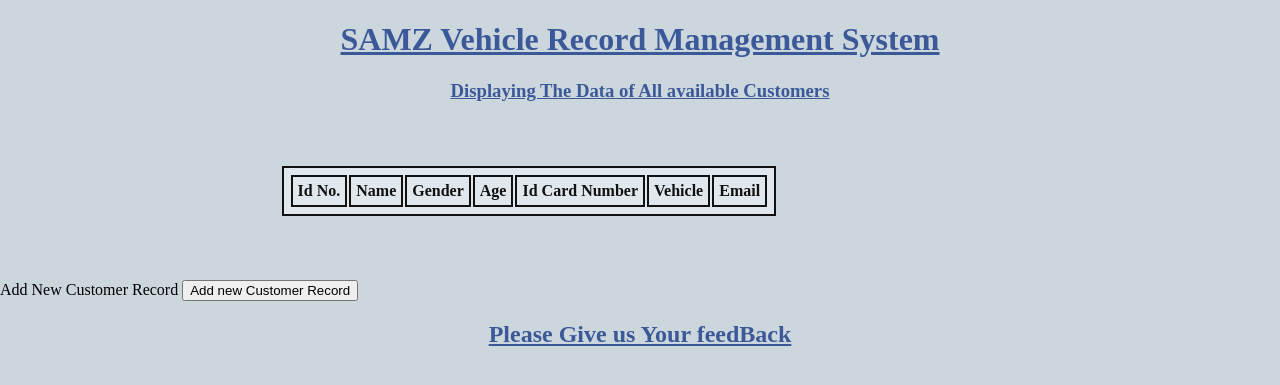
Repository: MUHAMMAD-SAQIB-2000/SpringBoot
Page: http://localhost/WebServiceRecordManagementSystem/CustomerList.jsp
The author's editor kept a copy of each file at every save. The page is drawn from the files as they stood at one save, then again after the next save.
The browser window is 1280 px wide. The pictures show the whole page.
The page is served by Tomcat 9. Other server files are loaded and not shown. The template is opened directly, without the code that normally fills it, so the values that code supplies are empty.

Above is the page before, as saved 2020-08-11 19:23:25.

### WebServiceRecordManagementSystem/src/main/webapp/CustomerList.jsp
<%@ page language="java" contentType="text/html; charset=ISO-8859-1"
	pageEncoding="ISO-8859-1"%>
<%@ taglib prefix="form" uri="http://www.springframework.org/tags/form"%>
<%@ taglib uri="http://java.sun.com/jsp/jstl/core" prefix="c"%>
<!DOCTYPE html>
<html>
<head>
<meta charset="ISO-8859-1">
<title>Customers Record Form</title>
<style>
body{
margin:0px;
padding:0px;
background-color: #CCD6DD;
}
table, th, td {
	text-align:center;
	border: 2px solid #111;
	margin:10px;
	padding:5px;
}
.tableCSS{
	background-color:#E1E8ED;
	color:#111;
	margin:5% 22%;
}
.h{
	color:#3B5998;
	text-align:center;
	text-decoration: underline;
}
</style>
</head>
<body>
<main>
	<div>
	<h1 class="h">SAMZ Vehicle Record Management System</h1>
	<h3 class="h">Displaying The Data of All available Customers</h3>
	</div>
	<div>
		<table  class="tableCSS">
			<thead>
				<tr>
					<th>Id No.</th>
					<th>Name</th>
					<th>Gender</th>
					<th>Age</th>
					<th>Id Card Number</th>
					<th>Vehicle</th>
					<th>Email</th>
				</tr>
			</thead>
			<tbody>
				<c:forEach items="${list}" var="customer">
					<tr>
						<td>${customer.customerID}</td>
						<td>${customer.customerName}</td>
						<td>${customer.customerGender}</td>
						<td>${customer.customerAge}</td>
						<td>${customer.customerIdCardNumber}</td>
						<td>${customer.customerVehicle}</td>
						<td>${customer.customerEmail}</td>
					</tr>
				</c:forEach>
			</tbody>
		</table>
	</div>
	<label>Add New Customer Record</label> <button onclick="window.location.href = 'addCustomerForm' ">Add new Customer Record</button>
	</main>
	<footer>
		<h2 class="h">Please Give us Your feedBack</h2>
	</footer>
</body>
</html>

After the next save:
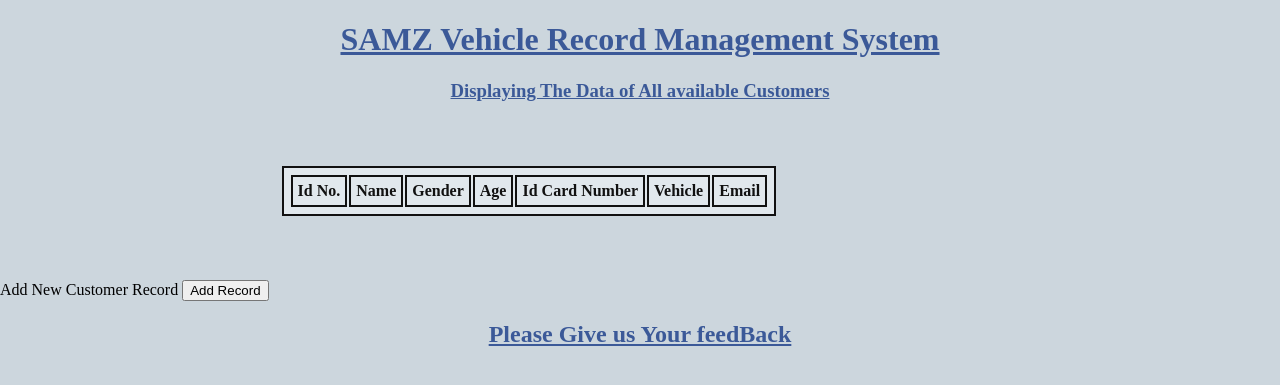
Saved 7 s later.
--- a/WebServiceRecordManagementSystem/src/main/webapp/CustomerList.jsp
+++ b/WebServiceRecordManagementSystem/src/main/webapp/CustomerList.jsp
@@ -65,7 +65,7 @@ table, th, td {
 			</tbody>
 		</table>
 	</div>
-	<label>Add New Customer Record</label> <button onclick="window.location.href = 'addCustomerForm' ">Add new Customer Record</button>
+	<label>Add New Customer Record</label> <button onclick="window.location.href = 'addCustomerForm' ">Add Record</button>
 	</main>
 	<footer>
 		<h2 class="h">Please Give us Your feedBack</h2>
